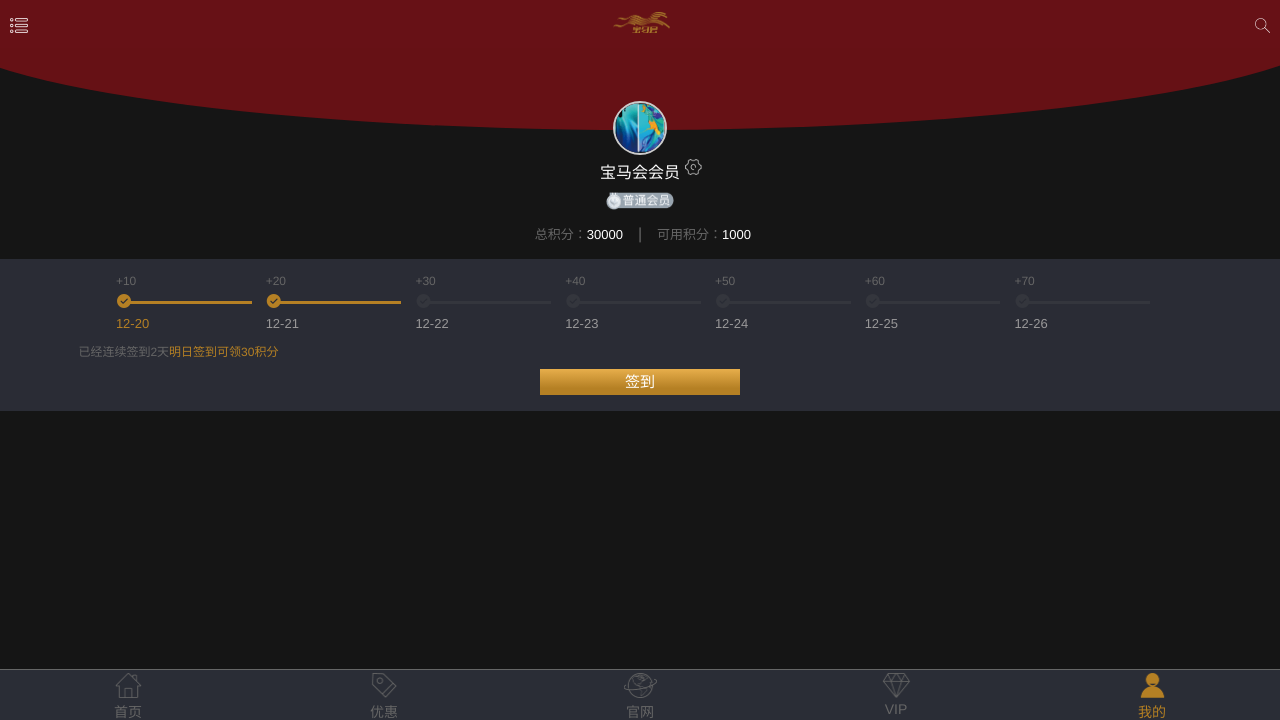
Repository: ada6688/IntegralMall
Page: /Member
These files come from the project's save history. The page is drawn as it stood at one moment and after the next save; the edit follows.
The browser window is 1280 px wide. The pictures show the whole page.
The project was rebuilt for these pictures with package versions that can differ from the ones it lists, and the page was loaded fresh each time. Also part of the build but not shown: src/components/page/notice.vue, src/components/page/shouye.vue, src/components/page/Vip.vue, src/components/page/Youhui.vue, src/router/index.js.

Above is the page before, as saved 2020-01-04 16:57:27.

### index.html
<!DOCTYPE html>
<html>
  <head>
    <meta charset="utf-8">
    <meta name="viewport" content="width=device-width,initial-scale=1.0">
    <title>integralmall</title>
  </head>
  <body>
    <div id="app"></div>
    <!-- built files will be auto injected -->
  </body>
</html>

### src/main.js
// The Vue build version to load with the `import` command
// (runtime-only or standalone) has been set in webpack.base.conf with an alias.
import Vue from 'vue'
import App from './App'
import router from './router'
import ElementUI from 'element-ui'
import 'element-ui/lib/theme-chalk/index.css'
import {Cell, CellGroup, Tabbar, TabbarItem, PullRefresh, Stepper, Tab, Tabs, Button, Row, Col, Swipe, SwipeItem, Lazyload, List, Field, NavBar} from 'vant'
import '../src/assets/css/common.css'
import '../src/assets/css/index.css'
import 'swiper/dist/css/swiper.css'
import VueAwesomeSwiper from 'vue-awesome-swiper'
// import BScroll from 'better-scroll'

// Vue.use(BScroll)
Vue.use(VueAwesomeSwiper)
Vue.use(ElementUI)
Vue.use(Cell).use(CellGroup).use(Tabbar).use(TabbarItem).use(Stepper).use(PullRefresh).use(Tab).use(Tabs).use(Field).use(NavBar).use(Button).use(Row).use(Col).use(Swipe).use(SwipeItem).use(Lazyload).use(List)

Vue.config.productionTip = false

/* eslint-disable no-new */
new Vue({
  el: '#app',
  router,
  components: {
    App
  },
  template: '<App/>'
})
router.beforeEach((to, from, next) => {
  let str = '<p>个人中心</p>'
  if (to.meta.title) {
    document.getElementById('top-logo-change').innerHTML = to.meta.title
    if (to.meta.title === str) {
      document.getElementById('top-nav-right').innerHTML = '<img src="/static/topnav/kf.png" alt="搜索">'
    } else {
      document.getElementById('top-nav-right').innerHTML = '<img src="/static/topnav/ss.png" alt="搜索">'
    }
    // document.title = to.meta.title
  }
  next()
})

### src/App.vue
<template>
  <div id="app">
    <TopNav></TopNav>
    <router-view/>
    <BottomNav></BottomNav>
  </div>
</template>

<script>
import BottomNav from '@/components/common/Bottomnav'
import TopNav from '@/components/common/Topnav'
export default {
  name: 'App',
  components: {
    BottomNav,
    TopNav
  }
}
</script>

<style>
#app {
  font-family: 'Avenir', Helvetica, Arial, sans-serif;
  -webkit-font-smoothing: antialiased;
  -moz-osx-font-smoothing: grayscale;
  text-align: center;
  color: #2c3e50;
  background: #151515;
  height: 100vh;
}
</style>

### src/assets/css/common.css
body,p,ul{
  margin: 0;
  padding: 0;
}
li{
  list-style: none;
}
/* 顶部栏 */
.top-nav{
  width: 100%;
  height: 3rem;
  line-height: 3.5rem;
  background-color: #671116;
  position: fixed;
  top: 0;
  z-index: 99;
}
.top-nav-logo{
  color: #B58024;
}
.top-nav > div{
  display: inline-block;
  height: 100%;
}
.top-nav-left{
  float: left;
  margin-left: 10px;
}
.top-nav-right{
  float: right;
  margin-right: 10px;
}
.banner-item > img{
  width: 100%;
}
.swiper-container{
  height: 7.28rem;
}
.top-nav-t{
  color: #B58024;
}
/* 每个一级页面共有class */
.main-wrap{
  margin-top: 3rem;
  margin-bottom: 3.125rem;
  background: #151515;
}
/* 公告 */
.Notice-sign{
  width: 2rem;
  height: 100%;
  background: url('../images/topnav/lb.png') center no-repeat;
  float: left;
  box-shadow: 1px 0px 5px rgba(0,0,0,0.8);
}
.Notice-textBox {
  width: 100%;
  height: 1.3rem;
  line-height: 1.3rem;
  font-size: .5rem;
  color: #999999;
  background: #2A2D36;
  overflow: hidden;
  position: relative;
  text-align: left;
  z-index: 9;
}
.Notice-text {
  width: 100%;
  padding-left: 42px;
  position: absolute;
  bottom: 0;
}
.slide-enter-active, .slide-leave-active {
  transition: all 0.5s linear;
}
.slide-enter{
  transform: translateY(20px) scale(1);
  opacity: 1;
}
.slide-leave-to {
  transform: translateY(-20px) scale(0.8);
  opacity: 0;
}
/* 底部导航 */
.bottom-tab{
  width:100%;
  height:3.125rem;
  background-color:#2A2D36;
  border-top: 1px solid #656666;
  position: fixed;
  left:0px;
  bottom:0px;
}
.tab-item{
  width: 20%;
  float: left;
  align-items:center;
  justify-content:center;
  font-size:14px;
  color:#666;
  z-index: 999;
}
.NavSigh{
    width:33px;
    margin-top:3px;
}
.on{
  color:#b58023;
}

### src/assets/css/index.css
/****************** 首页商品 *****************/
.products-item{
  width: 46.9%;
  height: 100px;
  padding-right: 2.9%;
  border-right: 1px solid #161616;
  border-bottom: 1px solid #161616;
  background: #292C35;
  float: left;
}
.products-item-even{
  width: 46.9%;
  height: 100px;
  border-bottom: 1px solid #161616;
  background: #292C35;
  padding-left: 2.9%;
  float: left;
}
.product-item-text{
  width: 50%;
  height: 70px;
  color: #ffffff;
  margin-top: 15px;
  float: left;
  text-align: left;
}
.product-item-text p{
  height: 43px;
  font-size: 15px;
  margin-bottom: 5px;
  display: -webkit-box;/*作为弹性伸缩盒子模型显示*/
  -webkit-line-clamp: 2; /*显示的行数；如果要设置2行加...则设置为2*/
  overflow: hidden; /*超出的文本隐藏*/
  text-overflow: ellipsis; /* 溢出用省略号*/
  -webkit-box-orient: vertical;
}
.product-item-text span{
  color: #B58024;
  font-size: 13px;
}
.product-item-img{
  width: 12%;
  height: 100px;
  display: table-cell;
  vertical-align: middle;
  /* float: left; */
}
.product-item-img img{
  max-width: 100%;
}
/******************* 优惠 *******************/
.yh-wrap div{
  padding: 1rem 1rem 0 1rem;
}
.yh-wrap img{
  width: 100%;
}
/******************* VIP *******************/
.level-welfare-wrap, .level-require-wrap{
  padding-bottom: 20px;
}
.VipTop-level-sign{
  display: inline-block;
}
.VipTop-level-text{
  position: absolute;
  bottom: -5px;
}
.vip-level-wrap ul li{
  float: left;
  width: 33.33%;
  height: 79px;
}
.vip-level-wrap ul div{
  width: 34px;
  height: 34px;
  border: 1px solid #CCCCCC;
  border-radius: 17px;
  margin-bottom: 9px;
  display: inline-block;
  vertical-align: middle;
}
.vip-level-wrap ul img{
  margin-top: 7px;
}
.vip-level-wrap ul li>p{
  color: #CCCCCC;
  font-size: 13px;
}
.Vip-level-T{
  color: #ffffff;
  font-size: 16px;
  font-weight: bold;
  text-align: left;
  padding: 15px 0 10px 17px;
  background: #2A2C35;
}
.Vip-level-tips{
  color: #F5BF1B;
  font-size: 13px;
  text-align: left;
  padding: 15px 20px 10px 17px;
  background: #2A2C35;
}
.level-rules-wrap{
  color: #CCCCCC;
  font-size: 12px;
  background: #2A2C35;
  text-align: left;
  padding: 15px 17px 16px 17px;
  margin-bottom: 50px;
}
.level-rules-wrap span{
  font-size: 16px;
  color: #ffffff;
  display: inline-block;
  margin-bottom: 9px;
}
.level-rules-wrap p{
  line-height: 24px;
  /* margin-top: 5px; */
}
.level-rules-wrap p:last-child{
  margin-bottom: 10px;
}
/******************* 个人中心 *******************/
.member-half-circle{
  width: 111%;
  height: 31%;
  border-radius: 50%;
  position: fixed;
  top: -13%;
  background: #661115;
  left: -5.8%;
}
.member-wrap{
  width: 100%;
  position: fixed;
  top: 14%;
}
.member-img > img{
  width: 7vh;
  height: 7vh;
  border-radius: 100%;
  border: 2px solid #CCCCCC;
}
.member-name{
  color: #ffffff;
  font-size: 16px;
  position: relative;
}
.member-name img{
  position: absolute;
  margin-left: 5px;
  bottom: 8px;
}
.member-level-sign{
  margin: 8px 0 10px 0;
}
.member-integral{
  text-align: center;
}
.member-integral-slice{
  display: inline-block;
  color: #666666;
  margin: 0 15px;
}
.member-integral span{
  font-size: 13px;
  color: #ffffff;
}
.member-integral p{
  font-size: 13px;
  color: #666666;
  display: inline-block;
}
.member-total{
  width: 42%;
  display: inline-block;
  text-align: right;
}
.member-useful{
  width: 42%;
  display: inline-block;
  text-align: left;
}
.member-signIn{
  background: #2A2C35;
  padding: 15px 1rem 1rem 1rem;
  margin: 16px 0;
}
.member-signIn-status-1{
  width: 12%;
  text-align: left;
  display: inline-block;
}
.member-signIn-in{
  color: #666666;
  font-size: 12px;
  margin-bottom: 5px;
}
.member-signIn-date{
  color: #999899;
  font-size: 13px;
  margin-top: 5px;
}
.member-signIn-date-active{
  color: #B58024;
  font-size: 13px;
  margin-top: 5px;
}
.el-icon-success{
  color: #34363D;
}
.member-signIn-line{
  width: 84%;
  height: 3px;
  display: inline-block;
  background: #34363D;
  margin: 0 -34px 3px -6px;
}
.member-signIn-icon-active{
  color: #B58024 !important;
}
.member-signIn-active{
  background: #B58024 !important;
}
.member-signIn-tips{
  font-size: 12px;
  text-align-last: justify;
  padding: 0 5%;
  margin-top: 10px;
}
.member-signIn-tips p{
  display: inline-block;
}
.member-signIn-tips p:first-child{
  color: #666666;
}
.member-signIn-tips p:last-child{
  color: #B58024;
}
.member-signIn-button{
  width:200px;
  height:26px;
  line-height: 26px;
  color: #ffffff;
  font-size: 15px;
  margin: 0 auto;
  background:linear-gradient(0deg,rgba(181,128,36,1) 26%,rgba(231,174,75,1) 100%);
  margin-top: 10px;
}
.member-more-detail{
  background: #2A2C35;
}

### src/components/common/Bottomnav.vue
<template>
  <div class="bottom-tab">
    <div class="tab-item" @click="switchTo('/shouye')">
      <img class="NavSigh" :src="'/shouye' === $route.path ? tabBarImgArr[0].selected : tabBarImgArr[0].normal" alt="首页">
      <p :class="{on: '/shouye' === $route.path}">首页</p>
    </div>
    <div class="tab-item" @click="switchTo('/Youhui')">
      <img class="NavSigh" :src="'/Youhui' === $route.path ? tabBarImgArr[1].selected : tabBarImgArr[1].normal" alt="推荐">
      <p :class="{on: '/Youhui' === $route.path}">优惠</p>
    </div>
    <div class="tab-item">
      <img class="NavSigh" :src="'/' === $route.path ? tabBarImgArr[2].selected : tabBarImgArr[2].normal" alt="搜索">
      <p :class="{on: '/' === $route.path}">官网</p>
    </div>
    <div class="tab-item" @click="switchTo('/Vip')">
      <img class="NavSigh" :src="'/Vip' === $route.path ? tabBarImgArr[3].selected : tabBarImgArr[3].normal" alt="聊天">
      <p :class="{on: '/Vip' === $route.path}">VIP</p>
    </div>
    <div class="tab-item" @click="switchTo('/Member')">
      <img class="NavSigh" :src="'/Member' === $route.path ? tabBarImgArr[4].selected : tabBarImgArr[4].normal" alt="我的">
      <p :class="{on: '/Member' === $route.path}">我的</p>
    </div>
  </div>
</template>
<script>
export default {
  data () {
    return {
      tabBarImgArr: [
        {normal: require('../../assets/images/navLogo/sy_x.png'), selected: require('../../assets/images/navLogo/sy.png')},
        {normal: require('../../assets/images/navLogo/yh_x.png'), selected: require('../../assets/images/navLogo/yh.png')},
        {normal: require('../../assets/images/navLogo/gw_x.png'), selected: require('../../assets/images/navLogo/gw.png')},
        {normal: require('../../assets/images/navLogo/zs_x.png'), selected: require('../../assets/images/navLogo/zs.png')},
        {normal: require('../../assets/images/navLogo/wd_x.png'), selected: require('../../assets/images/navLogo/wd.png')}
      ]
    }
  },
  methods: {
    switchTo (path) {
      this.$router.replace(path)
    }
  }
}
</script>
<style>

</style>

### src/components/common/Topnav.vue
<template>
  <div class="top-nav">
    <div class="top-nav-left">
      <img src="../../assets/images/topnav/cd.png" alt="菜单">
    </div>
    <div id="top-logo-change" class="top-nav-logo">
      <img src="../../assets/images/topnav/logo.png" alt="logo">
    </div>
    <div id="top-nav-right" class="top-nav-right">
      <img src="../../assets/images/topnav/ss.png" alt="搜索">
    </div>
  </div>
</template>
<script>
export default {
  data () {
    return {
      tabBarImgArr: [
        {normal: require('../../assets/images/topnav/logo.png')},
        {normal: require('../../assets/images/topnav/ss.png')},
        {normal: require('../../assets/images/topnav/cd.png')}
      ]
    }
  }
}
</script>
<style>

</style>

### src/components/page/Member.vue
<template>
  <div>
    <div class="member-half-circle"></div>
    <div class="member-wrap">
      <!-- 会员信息 -->
      <div class="member-person-info">
        <!-- 会员头像 -->
        <div class="member-img">
          <img src="../../assets/images/products/hw.png" alt="">
        </div>
        <!-- 会员名称与设置图标 -->
        <p class="member-name">
          <span>宝马会会员</span>
          <img src="../../assets/images/member/sz.png" alt="">
        </p>
        <!-- 会员等级图标 -->
        <div class="member-level-sign">
          <img src="../../assets/images/member/pt.png" alt="">
        </div>
        <div class="member-integral">
          <div class="member-total">
            <p>总积分：</p>
            <span>30000</span>
          </div>
          <div class="member-integral-slice">|</div>
          <div class="member-useful">
            <p>可用积分：</p>
            <span>1000</span>
          </div>
        </div>
      </div>
      <!-- 签到 -->
      <div class="member-signIn">
        <div class="member-signIn-status">
          <!-- 签到进度条 -->
          <div class="member-signIn-status-1">
            <p class="member-signIn-in">+10</p>
            <i class="el-icon-success member-signIn-icon-active"></i>
            <span class="member-signIn-line member-signIn-active"></span>
            <p class="member-signIn-date-active">12-20</p>
          </div>
          <div class="member-signIn-status-1">
            <p class="member-signIn-in">+20</p>
            <i class="el-icon-success member-signIn-icon-active"></i>
            <span class="member-signIn-line member-signIn-active"></span>
            <p class="member-signIn-date">12-21</p>
          </div>
          <div class="member-signIn-status-1">
            <p class="member-signIn-in">+30</p>
            <i class="el-icon-success"></i>
            <span class="member-signIn-line"></span>
            <p class="member-signIn-date">12-22</p>
          </div>
          <div class="member-signIn-status-1">
            <p class="member-signIn-in">+40</p>
            <i class="el-icon-success"></i>
            <span class="member-signIn-line"></span>
            <p class="member-signIn-date">12-23</p>
          </div>
          <div class="member-signIn-status-1">
            <p class="member-signIn-in">+50</p>
            <i class="el-icon-success"></i>
            <span class="member-signIn-line"></span>
            <p class="member-signIn-date">12-24</p>
          </div>
          <div class="member-signIn-status-1">
            <p class="member-signIn-in">+60</p>
            <i class="el-icon-success"></i>
            <span class="member-signIn-line"></span>
            <p class="member-signIn-date">12-25</p>
          </div>
          <div class="member-signIn-status-1">
            <p class="member-signIn-in">+70</p>
            <i class="el-icon-success"></i>
            <span class="member-signIn-line"></span>
            <p class="member-signIn-date">12-26</p>
          </div>
          <div class="member-signIn-tips">
            <p>已经连续签到2天</p>
            <p>明日签到可领30积分</p>
          </div>
          <!-- 签到按钮 -->
          <div class="member-signIn-button">签到</div>
        </div>
      </div>
      <!-- 积分明细，兑换记录，积分详情疑问规则等 -->
      <div class="member-more-detail">
        <div class="member-jifen"></div>
      </div>
    </div>
  </div>
</template>
<script>
export default {
  name: 'App',
  components: {
  },
  data () {
    return {
      active: 0
    }
  }
}
</script>
<style>

</style>

After the next save:
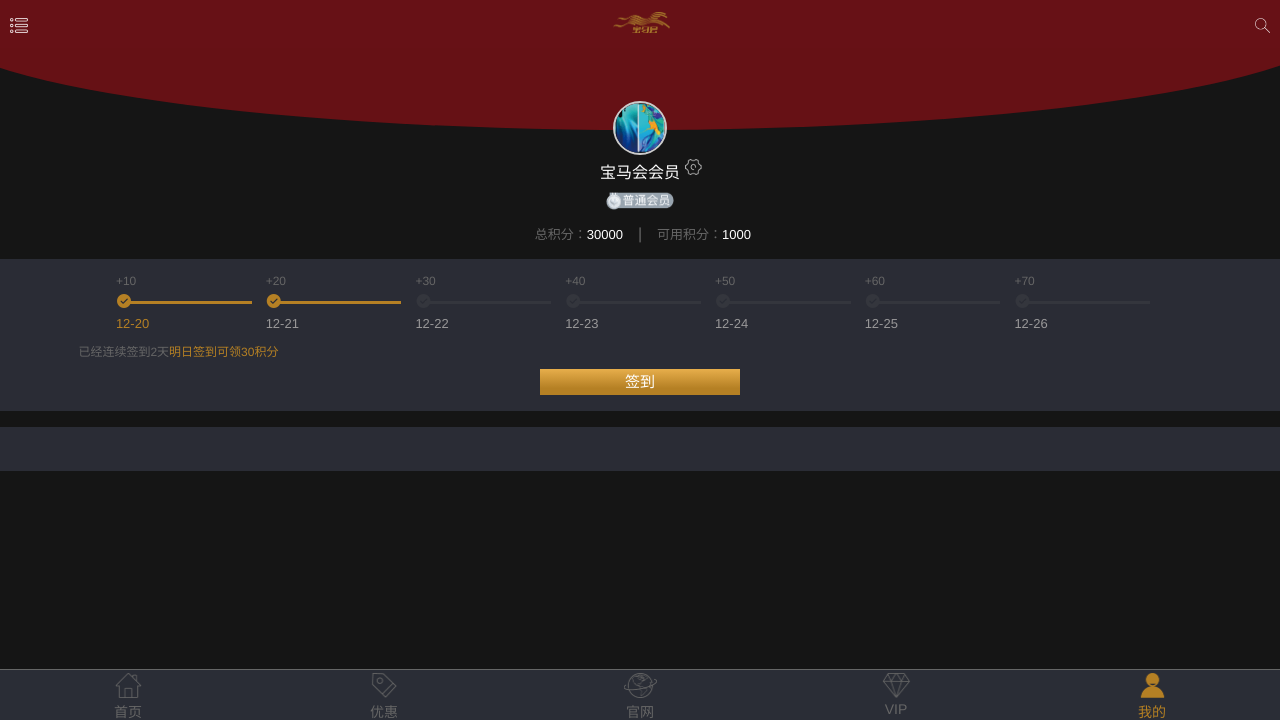
Saved 10 min 51 s later.
--- a/src/assets/css/index.css
+++ b/src/assets/css/index.css
@@ -251,5 +251,7 @@
   margin-top: 10px;
 }
 .member-more-detail{
-  background: #2A2C35;
-}
+  width: 100%;
+  height: 44px;
+  background: #2A2C35;
+}
